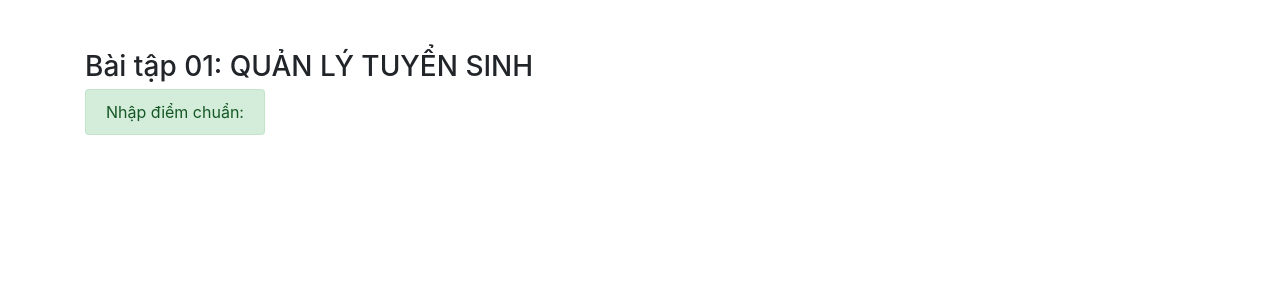
Repository: ducdatit2002/javascript-tinh-day15
Page: index.html
The author's editor kept a copy of each file at every save. The page is drawn from the files as they stood at one save, then again after the next save.
The browser window is 1280 px wide. The pictures show the whole page.

Above is the page before, as saved 2023-08-19 23:42:10.

### index.html
<!DOCTYPE html>
<html lang="en">
  <head>
    <title>HOMEWORK BUỔI 15 - JAVASCRIPT</title>
    <!-- Required meta tags -->
    <meta charset="utf-8" />
    <meta
      name="viewport"
      content="width=device-width, initial-scale=1, shrink-to-fit=no"
    />

    <!-- Bootstrap CSS -->
    <link
      rel="stylesheet"
      href="https://stackpath.bootstrapcdn.com/bootstrap/4.3.1/css/bootstrap.min.css"
      integrity="sha384-ggOyR0iXCbMQv3Xipma34MD+dH/1fQ784/j6cY/iJTQUOhcWr7x9JvoRxT2MZw1T"
      crossorigin="anonymous"
    />
  </head>
  <body>
    <div class="container" style="margin-bottom: 500px; margin-top: 50px;">
        <div class="baiTap1">
            <h3>Bài tập 01: QUẢN LÝ TUYỂN SINH</h3>
            <div class="row mt-3">
                <div class="col-4">
                    <span class="alert alert-success">Nhập điểm chuẩn:</span>

                </div>
            </div>
        </div>
    </div>
    <!-- Optional JavaScript -->
    <!-- jQuery first, then Popper.js, then Bootstrap JS -->
    <script
      src="https://code.jquery.com/jquery-3.3.1.slim.min.js"
      integrity="sha384-q8i/X+965DzO0rT7abK41JStQIAqVgRVzpbzo5smXKp4YfRvH+8abtTE1Pi6jizo"
      crossorigin="anonymous"
    ></script>
    <script
      src="https://cdnjs.cloudflare.com/ajax/libs/popper.js/1.14.7/umd/popper.min.js"
      integrity="sha384-UO2eT0CpHqdSJQ6hJty5KVphtPhzWj9WO1clHTMGa3JDZwrnQq4sF86dIHNDz0W1"
      crossorigin="anonymous"
    ></script>
    <script
      src="https://stackpath.bootstrapcdn.com/bootstrap/4.3.1/js/bootstrap.min.js"
      integrity="sha384-JjSmVgyd0p3pXB1rRibZUAYoIIy6OrQ6VrjIEaFf/nJGzIxFDsf4x0xIM+B07jRM"
      crossorigin="anonymous"
    ></script>
    <script src="./index.js"></script>
  </body>
</html>

Loaded but not shown: index.js (no copy from this time; the picture is the same without it)

After the next save:
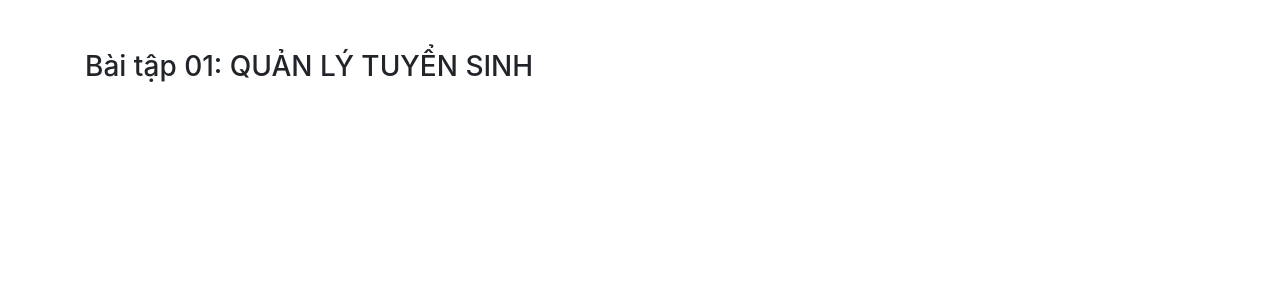
Saved 9 s later.
--- a/index.html
+++ b/index.html
@@ -23,7 +23,7 @@
             <h3>Bài tập 01: QUẢN LÝ TUYỂN SINH</h3>
             <div class="row mt-3">
                 <div class="col-4">
-                    <span class="alert alert-success">Nhập điểm chuẩn:</span>
+
 
                 </div>
             </div>
